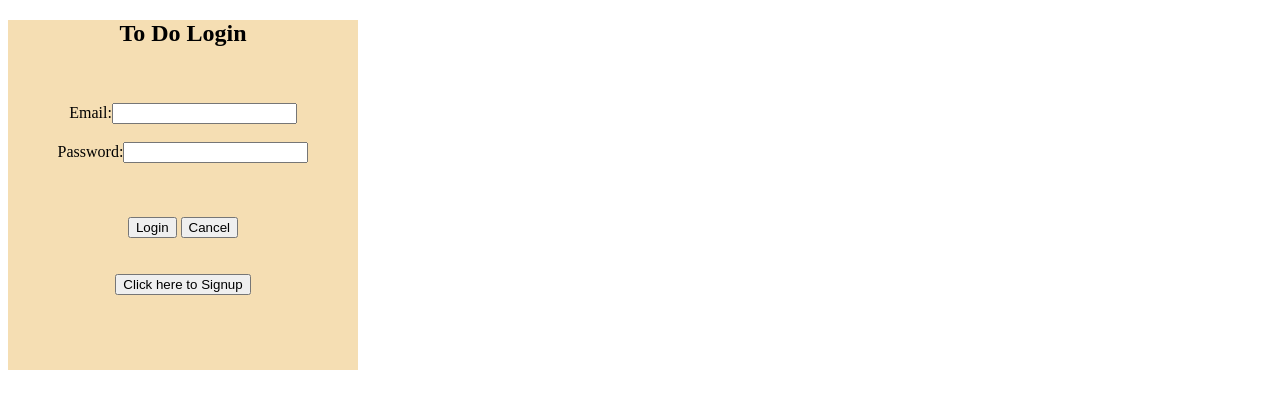
Repository: Spurthiv/todoapp
Page: Servlet_todo_app/src/main/webapp/Login.html
These files come from the project's save history. The page is drawn as it stood at one moment and after the next save; the edit follows.
The browser window is 1280 px wide. The pictures show the whole page.

Above is the page before, as saved 2023-11-22 07:37:36.

### Servlet_todo_app/src/main/webapp/Login.html
<!DOCTYPE html>
<html>
<head>
<meta charset="ISO-8859-1">
<title>Insert title here</title>
</head>
    <style>
        form {
            height: 350px;
            width: 350px;
            background-color: wheat;
            text-decoration-color: blueviolet;
            text-align: center;
        }
        u{
			text-align: center;
		}
    </style>
<body>

<form action="" method="get">
        <legend><h2>To Do Login</h2></legend>
        <br><br>
        Email:<input type="email" name="email" /> <br><br>
        Password:<input type="text" name="pwd" /> <br><br><br /><br>
        <button type="submit" formaction="process">Login</button>
        <button type="reset" formaction="process">Cancel</button> <br><br><br>
        <a href="./Signup.html"><button type="button">Click here to Signup</button></a>
    </form>

</body>
</html>

After the next save:
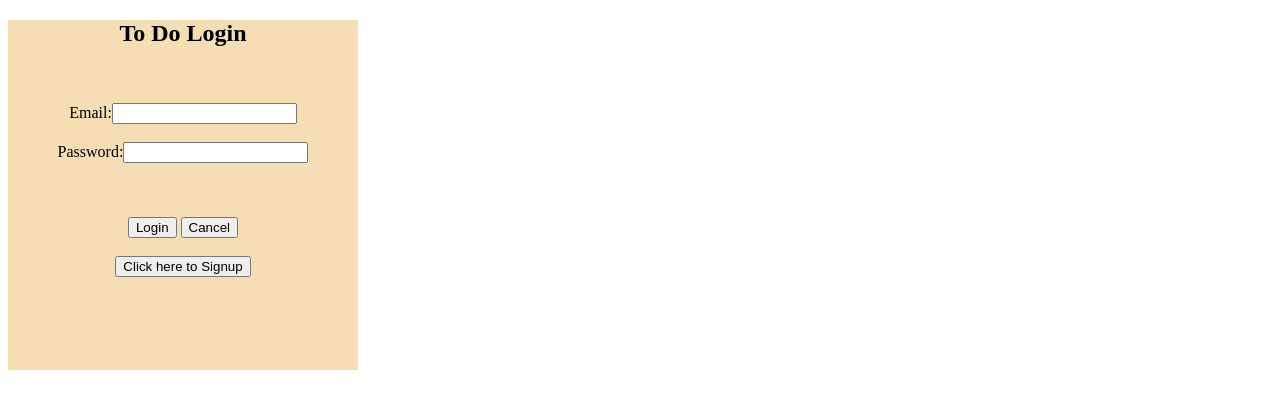
Saved 7 s later.
--- a/Servlet_todo_app/src/main/webapp/Login.html
+++ b/Servlet_todo_app/src/main/webapp/Login.html
@@ -24,7 +24,7 @@
         Email:<input type="email" name="email" /> <br><br>
         Password:<input type="text" name="pwd" /> <br><br><br /><br>
         <button type="submit" formaction="process">Login</button>
-        <button type="reset" formaction="process">Cancel</button> <br><br><br>
+        <button type="reset" formaction="process">Cancel</button> <br><br>
         <a href="./Signup.html"><button type="button">Click here to Signup</button></a>
     </form>
 
